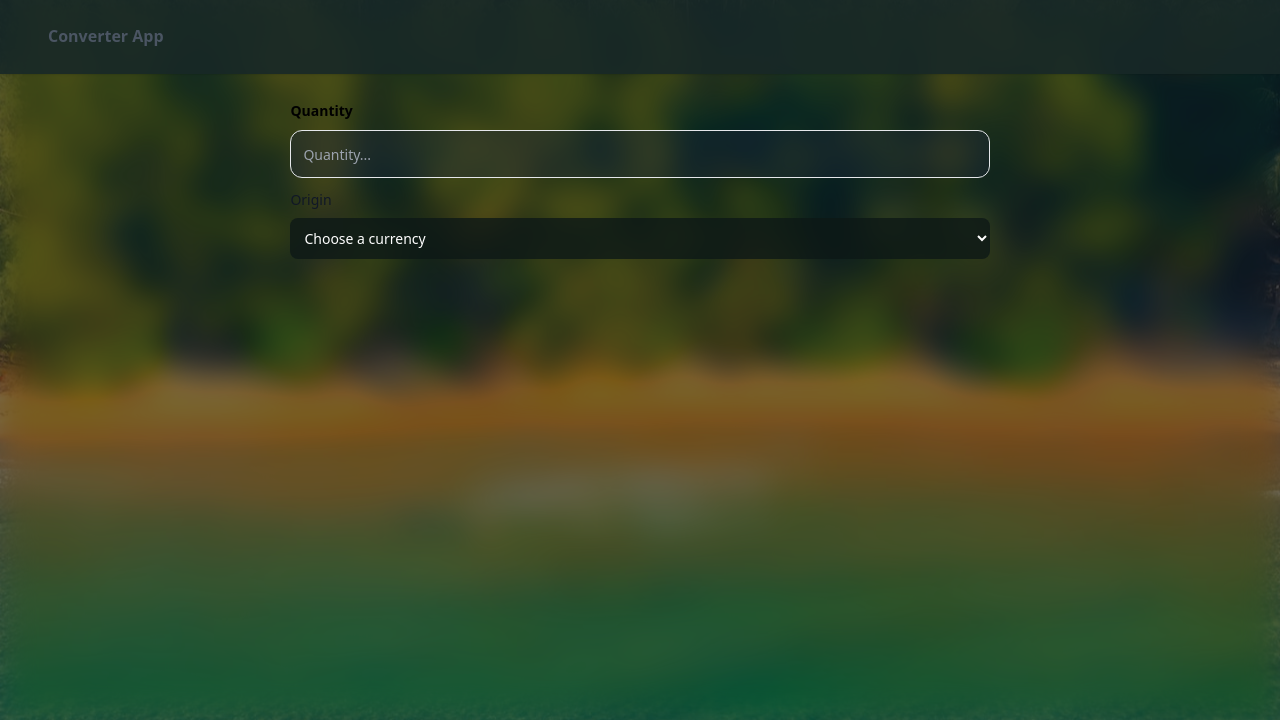
Repository: mikelCabezas/angular-exercices
Page: / (app in converter/)
An editor plug-in stored every save of this project. The page is shown before and after the next save, followed by the edit.
The browser window is 1280 px wide. The pictures show the whole page.
The project was rebuilt for these pictures with package versions that can differ from the ones it lists, and the page was loaded fresh each time. Also part of the build but not shown: converter/angular.json.

Above is the page before, as saved 2023-09-15 18:19:41.

After the next save:
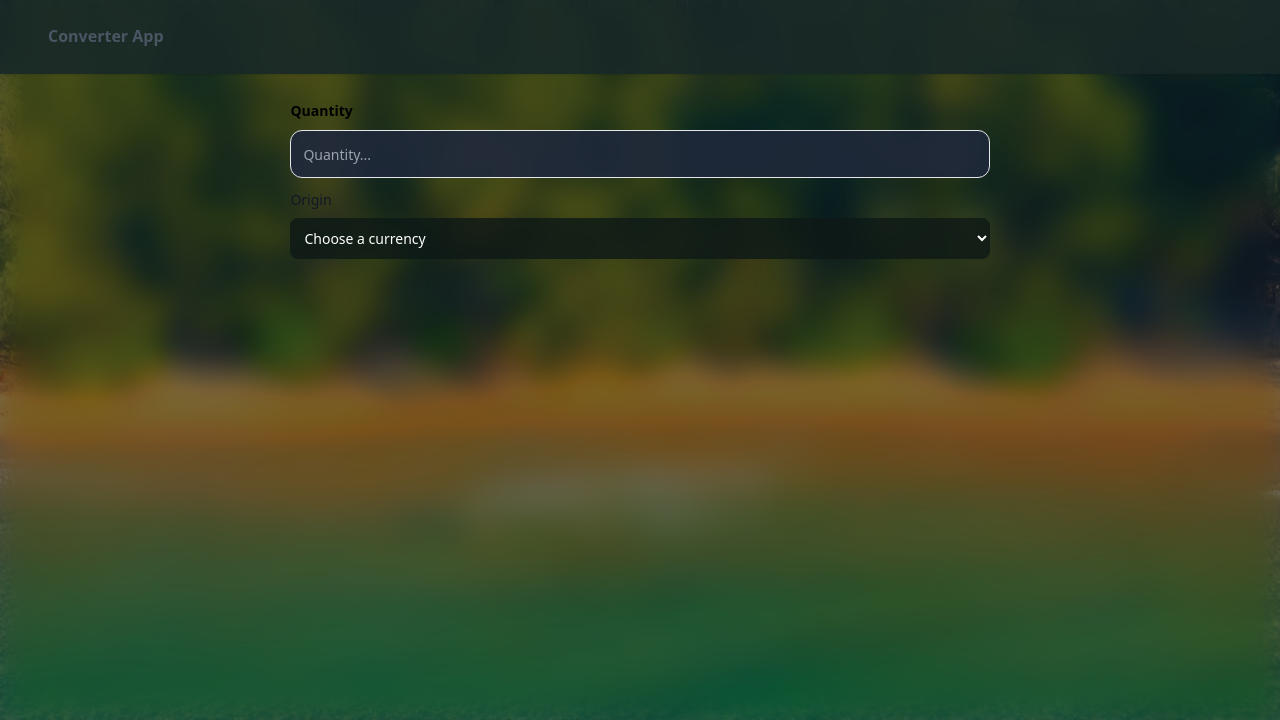
Saved 5 s later.
--- a/converter/src/app/components/converter/converter.component.html
+++ b/converter/src/app/components/converter/converter.component.html
@@ -3,7 +3,7 @@
         <div class="col px-5">
             <div class="mb-3">
                 <label for="email" class="text-sm text-navy-700 dark:text-white font-bold">Quantity</label>
-                <input type="number" placeholder="Quantity..." class="mt-2 flex h-12 w-full items-center justify-center rounded-xl border bg-slate-800/40 p-3 text-sm outline-none border-gray-200">
+                <input type="number" placeholder="Quantity..." class="mt-2 flex h-12 w-full items-center justify-center rounded-xl border bg-slate-800/90 p-3 text-sm outline-none border-gray-200">
             </div>
         </div>
         <div class="col px-5">
